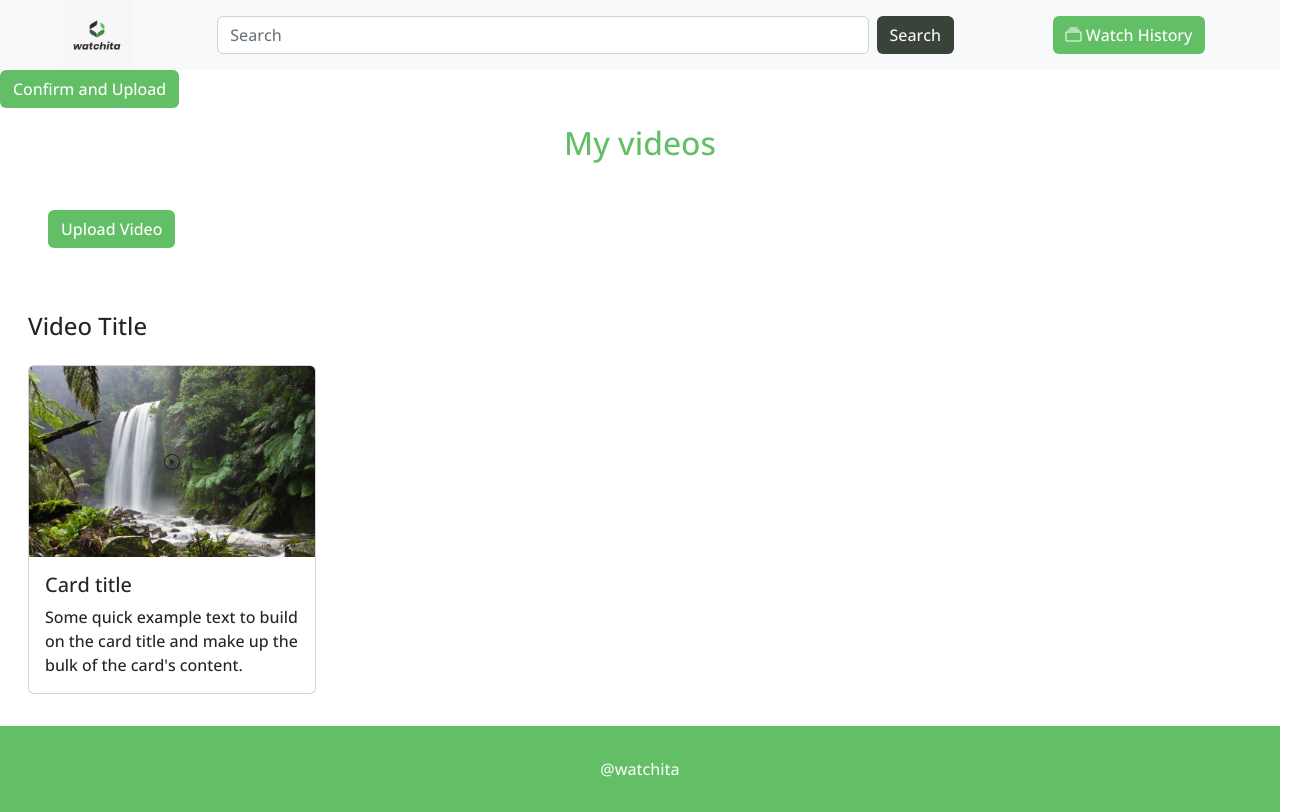
Repository: IT21266300/Video-browsing-web-application-using-java
Page: http://localhost/Vid/profile.jsp
An editor plug-in stored every save of this project. The page is shown before and after the next save, followed by the edit.
The browser window is 1280 px wide. The page is 1292 px wide, so the pictures cover 1292 px, including what lies to the right of the window. The pictures show the whole page.
Some web libraries are served in a nearby version. The page is served by Tomcat 10. The session is filled in as if someone had signed in: {"username": "testuser", "username1": "testuser"}. Other server files are loaded and not shown. The template is opened directly, without the code that normally fills it, so the values that code supplies are empty.

Above is the page before, as saved 2022-11-10 16:58:10.
Console error: TypeError: Cannot read properties of null (reading 'classList')

### Vid/src/main/webapp/profile.jsp
<%@ page language="java" contentType="text/html; charset=UTF-8"
    pageEncoding="UTF-8"%>
    <%@ taglib prefix = "c" uri = "http://java.sun.com/jsp/jstl/core" %>


<%@page import="java.sql.DriverManager"%>
<%@page import="java.sql.ResultSet"%>
<%@page import="java.sql.Statement"%>
<%@page import="java.sql.Connection"%>
<%@page import="java.util.List"%>
<%@page import="com.videoCtrl.Profile"%>

<%
String id = request.getParameter("userId");
String driverName = "com.mysql.jdbc.Driver";
String connectionUrl = "jdbc:mysql://localhost:3306/";
String dbName = "video_db";
String userId = "root";
String password = "200103003074";


try {
Class.forName(driverName);
} catch (ClassNotFoundException e) {
e.printStackTrace();
}

Connection connection = null;
Statement statement = null;
ResultSet resultSet = null;
%>

<% HttpSession se = request.getSession(true);
	String str = se.getAttribute("username").toString();
	String str1 = se.getAttribute("username1").toString();
%>



<!doctype html>
<html lang="en">
  <head>
    <meta charset="utf-8">
    <meta name="viewport" content="width=device-width, initial-scale=1">
    <title>Profile</title>
    <link rel="stylesheet" href="./styles/style.css">
    <link href="https://cdn.jsdelivr.net/npm/bootstrap@5.2.2/dist/css/bootstrap.min.css" rel="stylesheet" integrity="sha384-Zenh87qX5JnK2Jl0vWa8Ck2rdkQ2Bzep5IDxbcnCeuOxjzrPF/et3URy9Bv1WTRi" crossorigin="anonymous">
  	<link rel="stylesheet" href="https://cdn.jsdelivr.net/npm/bootstrap-icons@1.9.1/font/bootstrap-icons.css">
  </head>
  <body>


  	<div class="container-fluid text-center bg-light top-header g-0">
	  <div class="main-header row align-items-center d-flex flex-wrap">
	    <div class="col-12 col-lg-2 justify-content-center order-1">
	      <a href="./index.jsp" class="navbar-brand">
	      	<img src="./img/logo.jpg" class="img-fluid" style="width:70px;" alt="...">
	      </a>
	    </div>
	    <div class="col-12 col-lg-7 order-lg-2 order-3 my-3">
	      <form class="d-flex" role="search">
	        <input class="form-control me-2 py-1" type="search" placeholder="Search" aria-label="Search">
	        <button class="btn text-light" style="background:#394339;" type="submit">Search</button>
	      </form>
	    </div>
	    <div class="col-12 col-lg-3 order-lg-3 order-2 d-none d-lg-block">
	    	<div class="row">
		    <div class="col">
		      <a href="./library.jsp" target="_blank" class="btn" style="background:var(--clr-1); color:var(--clr-5);">
		       	<i class="bi bi-collection"></i>
		      	<span>Watch History</span>
		      </a>
		    </div>
		  </div>
	    </div>
	  </div>

	</div>



	<%

	  		try{
	  			connection = DriverManager.getConnection(connectionUrl+dbName, userId, password);
	  			statement=connection.createStatement();
	  			String getSearch = request.getParameter("search");
	  			String sqlQ;


	  			sqlQ ="select * from profile where UserName='"+str1+"'";


	  			resultSet = statement.executeQuery(sqlQ);
	  			while(resultSet.next()){
	  				%>
	  					<div class="row m-5" style=" display:flex; justify-content:center; margin-left:20rem;">
						  	<div class="col-12 pb-5">
						    	<div class="row pb-5">
						    		<div class="col-6">
						    			<span class="h4" style="color:var(--clr-1);">First Name: <%=resultSet.getString("fName") %></span>
						    		</div>
						    		<div class="col-6">

						    			<button type="button" class="btn ms-5" style="background:var(--clr-1); color:var(--clr-5);" data-bs-toggle="modal" data-bs-target="#m1">
										  Edit First Name
									  </button>
						    		</div>
						    	</div>
						    	<div class="row pb-5">
						    		<div class="col-6">
						    			<span class="h4" style="color:var(--clr-1);">Last Name: <%=resultSet.getString("lName") %></span>
						    		</div>
						    		<div class="col-6">

						    			<button type="button" class="btn ms-5" style="background:var(--clr-1); color:var(--clr-5);" data-bs-toggle="modal" data-bs-target="#editemail">
										  Edit Last Name
									  </button>
						    		</div>
						    	</div>
						    	<div class="row pb-5">
						    		<div class="col-6">
						    			<span class="h4" style="color:var(--clr-1);">Email: <%=resultSet.getString("email") %></span>
						    		</div>
						    		<div class="col-6">

						    			<button type="button" class="btn ms-5" style="background:var(--clr-1); color:var(--clr-5);" data-bs-toggle="modal" data-bs-target="#editemail">
										  Edit Email
									  </button>
						    		</div>
						    	</div>
						    </div>
					    </div>



	  		<%
	  		}
	  		}catch(Exception e){
	  			e.printStackTrace();
	  		}
	  		%>



	<!-- pop up windows -->
	<div class="modal fade" id="m1" tabindex="-1" aria-labelledby="exampleModalLabel" aria-hidden="true">
	  <div class="modal-dialog">
	    <div class="modal-content">
	      <div class="modal-header">
	        <h1 class="modal-title fs-5" id="exampleModalLabel">Edit First Name</h1>
	        <button type="button" class="btn-close" data-bs-dismiss="modal" aria-label="Close"></button>
	      </div>
	      <div class="modal-body">

	      </div>
	    </div>
	  </div>
	</div>







	<form action="update" method="post" >
	<div class="modal fade" id="editname" tabindex="-1" aria-labelledby="exampleModalLabel" aria-hidden="true">
	  <div class="modal-dialog">
	    <div class="modal-content">
	      <div class="modal-header">
	        <h1 class="modal-title fs-5" id="exampleModalLabel" style="color:var(--clr-1);">Edit Profile Name</h1>
	        <button type="button" class="btn-close" data-bs-dismiss="modal" aria-label="Close"></button>
	      </div>
	      <div class="mb-3">

				    <label for="exampleInputEmail1" class="form-label">First Name</label>

				    <input type="text" name="firstName" value="${prof.firstName}" class="form-control" id="exampleInputEmail1" aria-describedby="emailHelp">
				  </div>
				  <div class="mb-3">
				    <label for="exampleInputEmail1" class="form-label">Last Name</label>
				    <input type="text" name="lastName" value="${prof.lastName}" class="form-control" id="exampleInputEmail1" aria-describedby="emailHelp">
				    <button type="submit" class="btn" style="background:var(--clr-1); color:var(--clr-5);">Submit</button>

				 </div>
	    </div>
	  </div>
	 </div>
	  </form>

	<form action="update" method="post">
	<div class="modal fade" id="editemail" tabindex="-1" aria-labelledby="exampleModalLabel" aria-hidden="true">
	  <div class="modal-dialog">
	    <div class="modal-content">
	      <div class="modal-header">
	        <h1 class="modal-title fs-5" id="exampleModalLabel" style="color:var(--clr-1);">Edit Email</h1>
	        <button type="button" class="btn-close" data-bs-dismiss="modal" aria-label="Close"></button>
	      </div>
	      <div class="mb-3">

				    <label for="exampleInputEmail1" class="form-label">Enter new Email address</label>
				    <input type="email" name="email" value="${email}" class="form-control" id="exampleInputEmail1" aria-describedby="emailHelp">
				    <button type="submit" class="btn" style="background:var(--clr-1); color:var(--clr-5);">Submit</button>
		  </div>
	    </div>
	  </div>
	</div>
	</form>


	<form action="#" method="post">
	<div class="modal fade" id="deleteAccount" tabindex="-1" aria-labelledby="exampleModalLabel" aria-hidden="true">

	  <div class="modal-dialog">
	    <div class="modal-content">
	      <div class="modal-header">
	        <h1 class="modal-title fs-5" id="exampleModalLabel" style="color:var(--clr-1);">Delete Account</h1>
	        <button type="button" class="btn-close" data-bs-dismiss="modal" aria-label="Close"></button>
	      </div>
	      <div class="mb-3">

				    <label for="exampleInputPassword1" class="form-label">Enter Password</label>
				    <input type="password" class="form-control" id="exampleInputPassword1">
		  </div>
		  <div class="col-12">
	    			<button type="button" class="btn ms-5" style="background:var(--clr-1); color:var(--clr-5);" data-bs-toggle="modal">
					  Delete Account
				  </button>
	    		</div>
	    </div>
	  </div>
	</div>
	</form>

	<form action="#" method="post">
	<div class="modal fade" id="uploadVideo" tabindex="-1" aria-labelledby="exampleModalLabel" aria-hidden="true">
	  <div class="modal-dialog">
	    <div class="modal-content">
	      <div class="modal-header">
	        <h1 class="modal-title fs-5" id="exampleModalLabel" style="color:var(--clr-1);">Upload Video</h1>
	        <button type="button" class="btn-close" data-bs-dismiss="modal" aria-label="Close"></button>
	      </div>
	      <div class="mb-3">

  					<input class="form-control form-control-lg" name="video" type="file">
	     </div>
	     <div class="mb-3">
				    <label for="exampleInputEmail1" class="form-label">Video Title</label>
				    <input type="text" class="form-control" name="videoTitle" aria-describedby="emailHelp">
	    </div>
				  <div class="mb-3">
				    <label for="exampleInputEmail1" class="form-label">Video Description</label>
				    <input type="text" class="form-control" name="vdesc" aria-describedby="emailHelp">
				  </div>

				  <div class="mb-3">
				    <label for="exampleInputEmail1" class="form-label">Video Category</label>
				    <input type="text" class="form-control" name="vcategory" aria-describedby="emailHelp">
				  </div>
	    </div>
	  </div>
	</div>

	<button type="submit" class="btn" style="background:var(--clr-1); color:var(--clr-5);">Confirm and Upload</button>

	</form>


	<!-- My Videos -->
	<div class="container text-center mt-3 mb-5">
		<h2 style="color:var(--clr-1);">My videos</h2>


	</div>

	<div class="col-12 pb-5">
	    	<div class="row">

	    		<div class="col-6">
	    			<button type="button" class="btn ms-5" style="background:var(--clr-1); color:var(--clr-5);" data-bs-toggle="modal" data-bs-target="#uploadVideo">
						  Upload Video
					  </button>
	    		</div>
	    	</div>
	    </div>

	<div data-bs-spy="scroll" data-bs-target="#navbar-example2" data-bs-root-margin="0px 0px -40%" data-bs-smooth-scroll="true" class="scrollspy-example p-3" tabindex="0">

	  <div id="features" class="container-fluid">
	  	<h4>Video Title</h4>
	  	<div class="row">

	  		<div class="col-12 col-md-6 col-lg-3 my-3">
	  			<div class="card" style="width: 18rem;">
	  			  <div class="card-img" onclick="getVideo('../video/vid1.mp4', 'https://pixabay.com/videos/download/video-81945_tiny.mp4?attachment')">
				  	<img src="../img/i1.jpg" class="card-img-top" alt="...">
				  	<button type="button" class="btn play-btn"><i class="bi bi-play-circle"></i></button>
				  </div>
				  <div class="card-body">
				    <h5 class="card-title">Card title</h5>
				    <p class="card-text">Some quick example text to build on the card title and make up the bulk of the card's content.</p>
				  </div>
				</div>
	  		</div>

	  	</div>
	  </div>

	</div>









	<footer style="background:var(--clr-1);" class="text-center py-4">
		<a href="#" class="btn text-light">@watchita</a>
	</footer>

     <script src="https://cdn.jsdelivr.net/npm/bootstrap@5.2.2/dist/js/bootstrap.bundle.min.js" integrity="sha384-OERcA2EqjJCMA+/3y+gxIOqMEjwtxJY7qPCqsdltbNJuaOe923+mo//f6V8Qbsw3" crossorigin="anonymous"></script>
  	<script src="../JS/script.js"></script>
  	<script>

	  	function getVideo(file1, file2){
	  		localStorage.setItem('vidURL', file1);
	  		localStorage.setItem('downURL', file2);

	  		window.location.href = "./videoPlayer.jsp";
	  	}
  	</script>
  </body>
</html>

### Vid/src/main/webapp/styles/style.css
@charset "UTF-8";

@charset "UTF-8";

@import url('https://fonts.googleapis.com/css2?family=Open+Sans:wght@500&display=swap');

*{
	margin:0;
	padding:0;
	box-sizing:border-box;
	font-family:var(--f-1);
}

:root{
	--clr-1:#62bf65;
	--clr-2:#394339;
	--clr-3:#8c8c8c;
	--clr-4:#c9d5ca;
	--clr-5:#fff;
	--f-1:'Open Sans', sans-serif;
	--f-2:'Montserrat', sans-serif;
	--shadow-1:6px 10px 18px #69696934;
  	--shadow-2:10px 15px 20px #6969699f;
  	--trasition-1:1s ease;
  	--trasition-2:0.5s ease;
}

html{
	scroll-behavior: smooth;
}

body{
	overflow-x:hidden;
}


.nav-pills .nav-item .nav-link{
	color:var(--clr-1);
}

.nav-pills .nav-item .nav-link.active{
	color:var(--clr-5);
	background:var(--clr-1);
}


.top-header{
	transition:var(--trasition-1);
}

.hide-top-header{
	position:fixed;
	z-index:1000;
	top:0;
	transition:var(--trasition-1);
}

.hide-top-header .main-header{
	height:0;
	visibility:hidden;
}





.pop{
	position:fixed;
	z-index:1000;
	background:var(--clr-1);
	color:var(--clr-5);
	bottom:6rem;
	right:2rem;
	font-size:2rem;
	width:3rem;
	height:3rem;
	border-radius:500px;
	display: grid;
  	place-items: center;
  	visibility: hidden;
  	z-index: -100;
 	transition:var(--trasition-1);
 	box-shadow:var(--shadow-01);
}

.pop:hover{
	color: var(--clr-5);
	transform: scale(1.1);
}
.show-pop{
  visibility: visible;
  z-index: 100;
}

.card-img{
	position:relative;
}

.play-btn{
	position:absolute;
	width:60px;
	top:50%;
	left:50%;
	transform:translate(-50%, -50%);
	font-size:2rem;
	background:var(--clr-1);
	color:var(--clr-5);
	border-radius:100px;
}

.play-btn:hover{
	background:var(--clr-2);
	color:var(--clr-5);
	border-radius:100px;
}

### Vid/src/main/webapp/JS/script.js
const topHeader = document.querySelector(".top-header");
const topLink = document.querySelector(".pop");

window.addEventListener("scroll", function(){
  const scrollHeight = window.pageYOffset;
  const navHeight = topHeader.getBoundingClientRect().height;

  if(scrollHeight > navHeight){
    topHeader.classList.add('hide-top-header');
  }
  else{
    topHeader.classList.remove('hide-top-header');
  }

  if(scrollHeight > navHeight){
    topLink.classList.add('show-pop');
  }
  else{
    topLink.classList.remove('show-pop');
  }
});

After the next save:
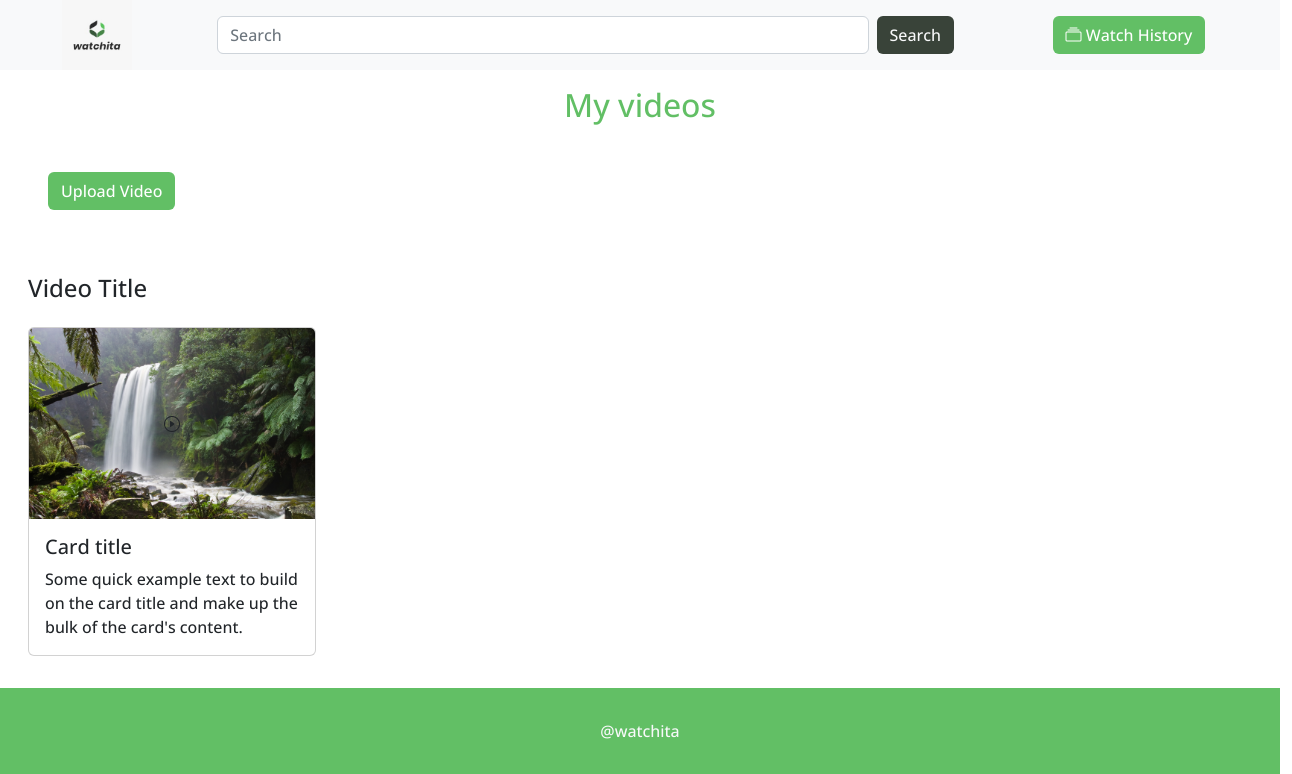
Saved 2 min 2 s later.
--- a/Vid/src/main/webapp/profile.jsp
+++ b/Vid/src/main/webapp/profile.jsp
@@ -231,7 +231,7 @@ ResultSet resultSet = null;
 	    </div>
 	  </div>
 	</div>
-	</form>
+
 
 	<form action="#" method="post">
 	<div class="modal fade" id="uploadVideo" tabindex="-1" aria-labelledby="exampleModalLabel" aria-hidden="true">
@@ -258,11 +258,12 @@ ResultSet resultSet = null;
 				    <label for="exampleInputEmail1" class="form-label">Video Category</label>
 				    <input type="text" class="form-control" name="vcategory" aria-describedby="emailHelp">
 				  </div>
-	    </div>
-	  </div>
-	</div>
-
-	<button type="submit" class="btn" style="background:var(--clr-1); color:var(--clr-5);">Confirm and Upload</button>
+				  <button type="submit" class="btn" style="background:var(--clr-1); color:var(--clr-5);">Confirm and Upload</button>
+	    </div>
+	  </div>
+	</div>
+
+
 
 	</form>
 
